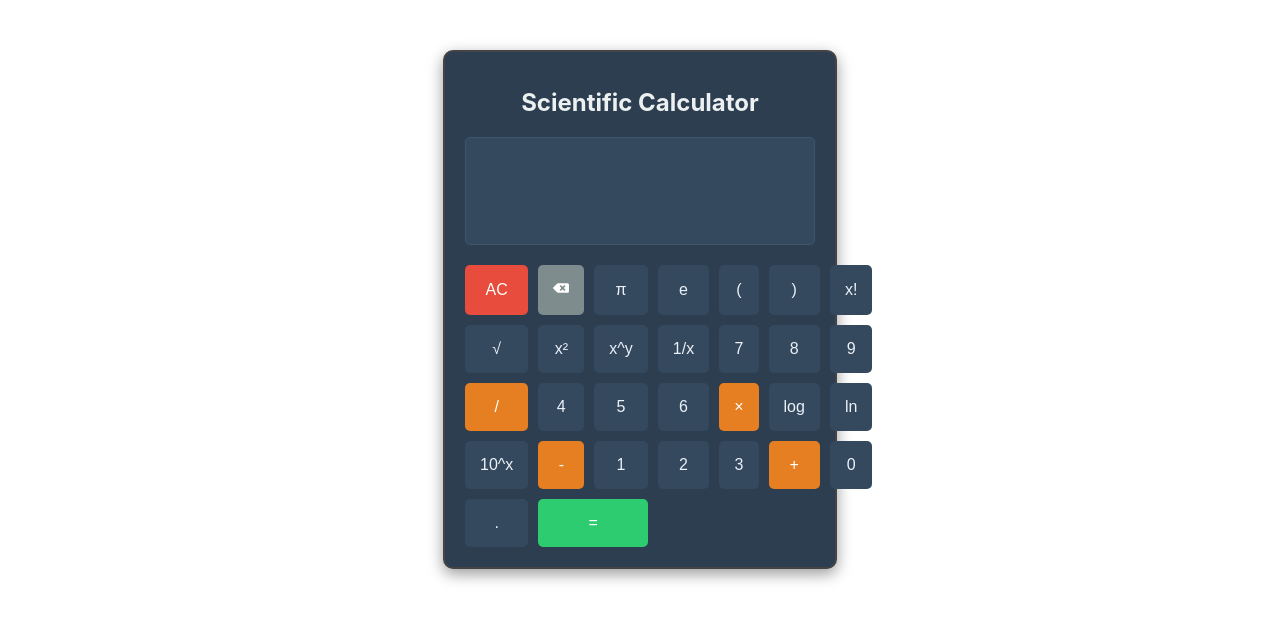
Repository: thesaherriaz/Calculator-React
Page: /
An editor plug-in stored every save of this project. The page is shown before and after the next save, followed by the edit.
The browser window is 1280 px wide. The pictures show the whole page.
The project was rebuilt for these pictures with package versions that can differ from the ones it lists, and the page was loaded fresh each time.

Above is the page before, as saved 2025-06-20 12:41:46.

After the next save:
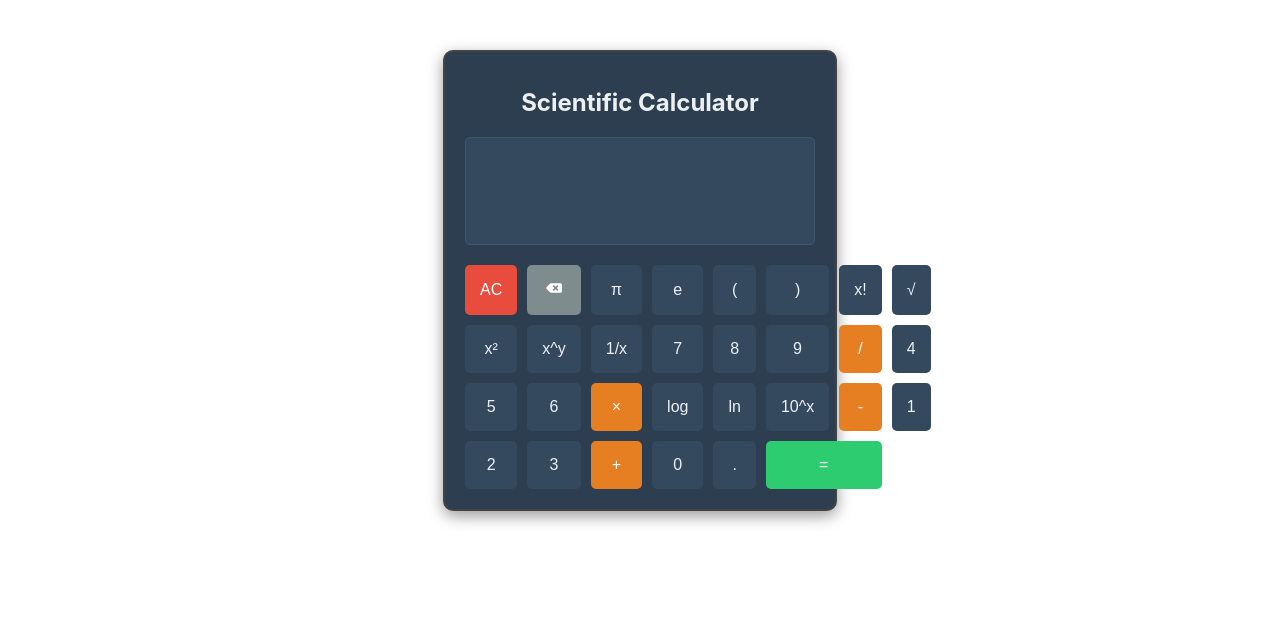
Saved 4 s later.
--- a/src/compnents/Calculator.css
+++ b/src/compnents/Calculator.css
@@ -44,7 +44,7 @@
 
 .buttons {
     display: grid;
-    grid-template-columns: repeat(7, 1fr);
+    grid-template-columns: repeat(8, 1fr);
     grid-gap: 10px;
 }
 
